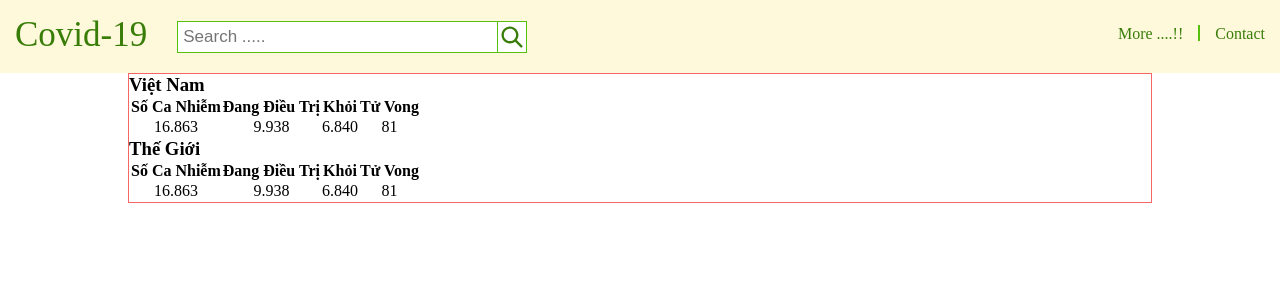
Repository: thuongton98/Covid
Page: html-css-js/index.html
These files come from the project's save history. The page is drawn as it stood at one moment and after the next save; the edit follows.
The browser window is 1280 px wide. The pictures show the whole page.

Above is the page before, as saved 2021-07-01 09:45:28.

### html-css-js/index.html
<!DOCTYPE html>
<html lang="en">
<head>
    <meta charset="UTF-8">
    <meta http-equiv="X-UA-Compatible" content="IE=edge">
    <meta name="viewport" content="width=device-width, initial-scale=1.0">

    <link rel="stylesheet" href="./styles.css">
    <title>Covid-19</title>
</head>
<body>
    <nav>
        <div class="icon">
            <div class="icon-i">Covid-19</div>
            <div class="icon-search">
                <input type="text" placeholder="Search .....">
                <svg fill="#000000" xmlns="http://www.w3.org/2000/svg"  viewBox="0 0 48 48" width="48px" height="48px"><path d="M 20.5 6 C 12.515556 6 6 12.515562 6 20.5 C 6 28.484438 12.515556 35 20.5 35 C 23.773158 35 26.788919 33.893018 29.220703 32.050781 L 38.585938 41.414062 A 2.0002 2.0002 0 1 0 41.414062 38.585938 L 32.050781 29.220703 C 33.893017 26.788918 35 23.773156 35 20.5 C 35 12.515562 28.484444 6 20.5 6 z M 20.5 10 C 26.322685 10 31 14.677319 31 20.5 C 31 23.295711 29.914065 25.820601 28.148438 27.697266 A 2.0002 2.0002 0 0 0 27.701172 28.144531 C 25.824103 29.912403 23.29771 31 20.5 31 C 14.677315 31 10 26.322681 10 20.5 C 10 14.677319 14.677315 10 20.5 10 z"/></svg>
            </div>

        </div>
        <ul class="nav-i">
            <li>More ....!!</li>
            <li>Contact</li>
        </ul>
    </nav>
    <section class="case">
        <div>
            <h3>Việt Nam</h3>
            <table>

                <tr>
                    <th>Số Ca Nhiễm</th>
                    <th>Đang Điều Trị</th>
                    <th>Khỏi</th>
                    <th>Tử Vong</th>
                </tr>
                <tr>
                    <td>16.863</td>
                    <td>9.938</td>
                    <td>6.840</td>
                    <td>81</td>
                </tr>

            </table>
            <h3>Thế Giới</h3>
            <table>
                <tr>
                    <th>Số Ca Nhiễm</th>
                    <th>Đang Điều Trị</th>
                    <th>Khỏi</th>
                    <th>Tử Vong</th>
                </tr>
                <tr>
                    <td>16.863</td>
                    <td>9.938</td>
                    <td>6.840</td>
                    <td>81</td>
                </tr>
            </table>
            </table>
        </div>
    </section>
</body>
</html>

### html-css-js/styles.css

*{
    padding: 0;
    margin: 0;
    box-sizing: border-box;
}



nav{
    background-color: #fff9db;
    display: flex;
    justify-content: space-between;
    padding:15px
}


nav .icon{
    display: flex;
}

nav .nav-i{
    display: flex;
}

nav .nav-i li{
    list-style: none;
    padding-right: 15px;
    padding-top:10px;
    color:#397d09;
    cursor: pointer;

}

nav .nav-i li:hover{
    color:#57bf0d;
}

nav .nav-i li:last-child{
    padding-right:0;
}

nav .nav-i li:after{
    content: '';
    border: 1px solid #57bf0d;
    margin-left:15px;
    font-size: 12px;
    position: relative;
    top:-2px;
}

nav .nav-i li:last-child::after{
    display: none;
}

nav .icon .icon-i{
    font-size: 35px;
    color: #397d09;
    cursor: pointer;
}

nav .icon .icon-search{
    margin-left:30px;
    position: relative;
   top:-5px;
}


nav .icon .icon-search input{
   padding: 5px;
   width: 350px;
   outline: none;
   border: none;
   font-size: 17px;
   border:1px solid #57bf0d;


}

nav .icon .icon-search svg{
    fill: #397d09;
    cursor: pointer;
    width: 30px;
    height: 32px;
    position: relative;
    border: 1px solid #57bf0d;
    position: relative;
    left: -34px;
    top:11px;
}

nav .icon .icon-search svg:hover{

    fill:#57bf0d
}

.case{
    padding-left: 10%;
    padding-right: 10%;
}

.case div{
    border: 1px solid #f56767;

}

.case div table:first-child{
   border: 1px solid red;
}

.case div table td{
    text-align: center;
}

After the next save:
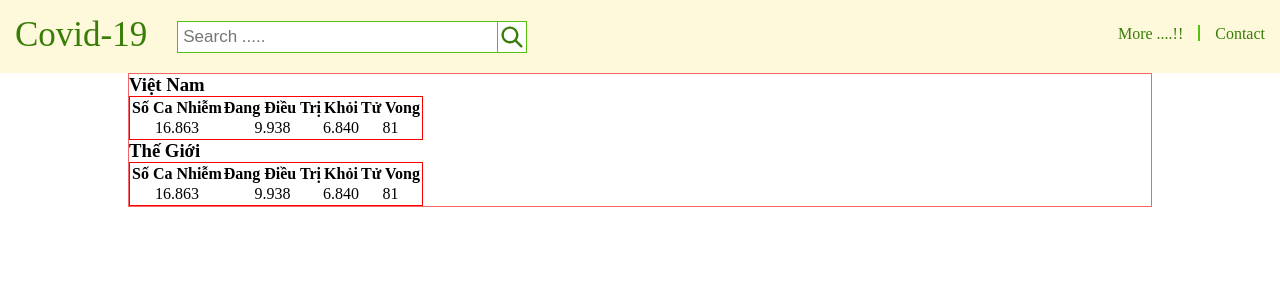
Saved 9 s later.
--- a/html-css-js/styles.css
+++ b/html-css-js/styles.css
@@ -104,7 +104,7 @@
 
 }
 
-.case div table:first-child{
+.case div table{
    border: 1px solid red;
 }
 

After the save that followed:
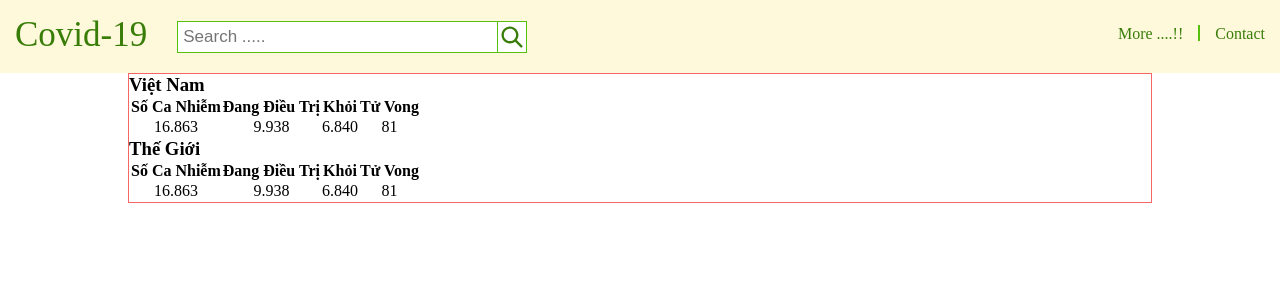
Saved 10 s later.
--- a/html-css-js/styles.css
+++ b/html-css-js/styles.css
@@ -104,8 +104,9 @@
 
 }
 
-.case div table{
-   border: 1px solid red;
+.case div table:first-child{
+    border: 1px solid #397d09;
+    width: 100%;
 }
 
 .case div table td{
